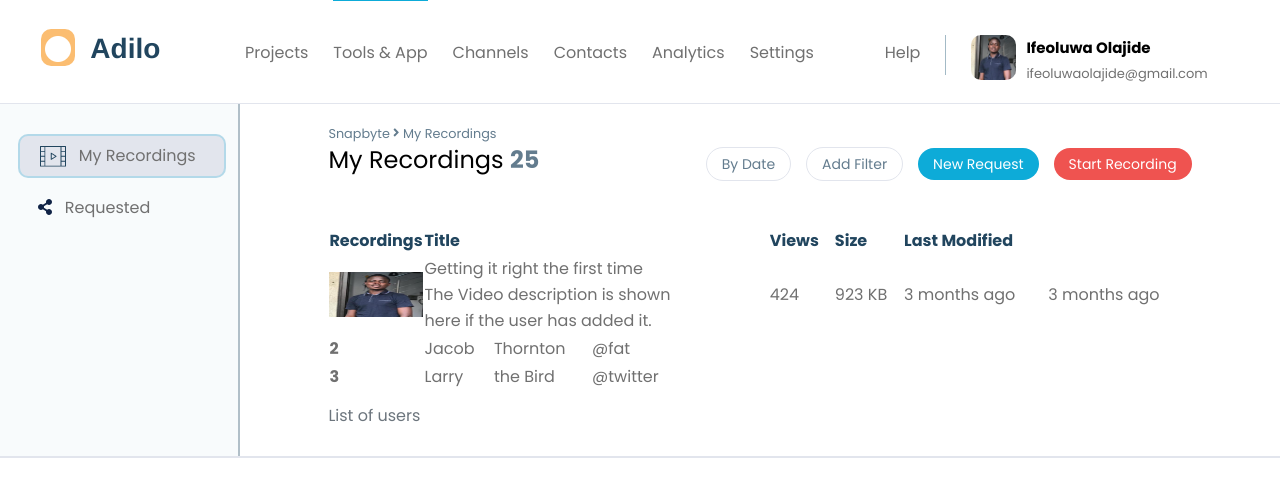
Repository: olhighjay/video_recorder
Page: /
The author's editor kept a copy of each file at every save. The page is drawn from the files as they stood at one save, then again after the next save.
The browser window is 1280 px wide. The pictures show the whole page.
Some web libraries are served in a nearby version. The project was rebuilt for these pictures with package versions that can differ from the ones it lists, and the page was loaded fresh each time. Also part of the build but not shown: vue.config.js.

Above is the page before, as saved 2022-07-29 06:30:33.

### public/index.html
<!DOCTYPE html>
<html lang="">
  <head>
    <meta charset="utf-8">
    <meta http-equiv="X-UA-Compatible" content="IE=edge">
    <meta name="viewport" content="width=device-width,initial-scale=1.0">
    <link rel="icon" href="<%= BASE_URL %>favicon.ico">
    <title><%= htmlWebpackPlugin.options.title %></title>
    <link rel="stylesheet" href="https://cdn.jsdelivr.net/npm/bootstrap@4.0.0/dist/css/bootstrap.min.css" integrity="sha384-Gn5384xqQ1aoWXA+058RXPxPg6fy4IWvTNh0E263XmFcJlSAwiGgFAW/dAiS6JXm" crossorigin="anonymous">
    <link rel="stylesheet" href="https://cdnjs.cloudflare.com/ajax/libs/font-awesome/5.1.0/css/all.css" integrity="sha512-ajhUYg8JAATDFejqbeN7KbF2zyPbbqz04dgOLyGcYEk/MJD3V+HJhJLKvJ2VVlqrr4PwHeGTTWxbI+8teA7snw==" crossorigin="anonymous" referrerpolicy="no-referrer" />
  </head>
  <body>
    <noscript>
      <strong>We're sorry but <%= htmlWebpackPlugin.options.title %> doesn't work properly without JavaScript enabled. Please enable it to continue.</strong>
    </noscript>
    <div id="app"></div>
    <!-- built files will be auto injected -->

    <script src="https://cdnjs.cloudflare.com/ajax/libs/font-awesome/5.1.0/js/all.js" integrity="sha512-vn7pO1RiR0IT5T9K+USTmMfkTaecOtFtCCV0JvT+j8ZPBujq6C3P5J2sHttG7D41pBPqLCih+7lIXamnFodtUw==" crossorigin="anonymous" referrerpolicy="no-referrer"></script>
    <script src="https://code.jquery.com/jquery-3.2.1.slim.min.js" integrity="sha384-KJ3o2DKtIkvYIK3UENzmM7KCkRr/rE9/Qpg6aAZGJwFDMVNA/GpGFF93hXpG5KkN" crossorigin="anonymous"></script>
<script src="https://cdn.jsdelivr.net/npm/popper.js@1.12.9/dist/umd/popper.min.js" integrity="sha384-ApNbgh9B+Y1QKtv3Rn7W3mgPxhU9K/ScQsAP7hUibX39j7fakFPskvXusvfa0b4Q" crossorigin="anonymous"></script>
<script src="https://cdn.jsdelivr.net/npm/bootstrap@4.0.0/dist/js/bootstrap.min.js" integrity="sha384-JZR6Spejh4U02d8jOt6vLEHfe/JQGiRRSQQxSfFWpi1MquVdAyjUar5+76PVCmYl" crossorigin="anonymous"></script>
  </body>
</html>

### src/App.vue
<template>
  <!-- <img alt="Vue logo" src="./assets/logo.png"> -->
  <div>
    <navbar></navbar>
    <div id="main-flex">
      <div class="my-sidebar">
        <ul class="my-sidebar-items">
            <li class="sidebar-item-active"> <img src="./assets/video-player.png" alt=""> &nbsp; My Recordings</li>
            <li> <i class="fa fa-share-alt" style="color:#102346"></i> &nbsp; Requested</li>
        </ul>
      </div>
        <div class="my-main">
          <div class="my-main-container">
            <div><small class="breadcrumbs">Snapbyte <i class="fa fa-angle-right" style="font-weight:200"></i> My Recordings</small></div>
            <div class="subheading-tab">
              <div> <span class="my-recordings">My Recordings </span><span class="my-recordings-count">25</span> </div>
              <div>
                <button class="sub-heading-btn white-btn">By Date</button>
                <button class="sub-heading-btn white-btn">Add Filter</button>
                <button class="sub-heading-btn blue-btn">New Request</button>
                <button class="sub-heading-btn red-btn">Start Recording</button>
              </div>
            </div>
            <!-- <div style="border: 1px dashed #A3BAC6; margin-top:30px;
              border-radius: 38px;
              opacity: 1; padding-top:105.9px; padding-bottom:68.5px">
              <p style="color: #000; font-size: 22px; text-align:center; font-weight:medium; margin-top:56px">Say hello to the world!</p>
              <p style="color: #637C8E; font-size: 14px; text-align:center;">Record your first video/audio and share it what your team, friends, <br />followers and customers.</p>
              <div class="text-center">
                <button class="sub-heading-btn red-btn">Start Recording</button>
                <button class="sub-heading-btn blue-btn">New Request</button>
              </div>
            </div>
            <div class="footer" style="margin-top:42px; margin-bottom: 140px">
              <div>

              </div>
              <div>
                <p style="font-size: 26px; color:#21455E">Want more controls & better <br />quality recording?</p>
                <button class="sub-heading-btn blue-btn">Download the desktop recorder</button>
              </div>
            </div> -->
            <div class="table-responsive-xl" style="margin-top:46.1px">
              <table class="">
  <caption>List of users</caption>
  <thead>
    <tr >
      <th scope="col" style="color:#21455E">Recordings</th>
      <th scope="col" style="color:#21455E" colspan="3">Title</th>
      <th scope="col" style="width:10%"></th>
      <th scope="col" style="color:#21455E">Views</th>
      <th scope="col" style="color:#21455E">Size</th>
      <th scope="col" style="color:#21455E">Last Modified</th>
      <th scope="col" style="color:#21455E"></th>
    </tr>
  </thead>
  <tbody>
    <tr>
      <td style="width:10%">
        <img alt="Profile Image" src="./assets/profile.jpg" style="width:100%; height:45px; border:10px">
      </td>
      <td style="width:30%" colspan="3">
        <span>Getting it right the first time </span> <br />
        <span>The Video description is shown here if the user has added it. </span>
      </td>
      <td style="width:10%">
      </td>
      <td>424</td>
      <td>923 KB</td>
      <td>3 months ago</td>
      <td>3 months ago</td>
    </tr>
    <tr>
      <th scope="row">2</th>
      <td>Jacob</td>
      <td>Thornton</td>
      <td>@fat</td>
    </tr>
    <tr>
      <th scope="row">3</th>
      <td>Larry</td>
      <td>the Bird</td>
      <td>@twitter</td>
    </tr>
  </tbody>
</table>
            </div>
          </div>
        </div>
    </div>
  </div>
</template>

<script>
// import HelloWorld from './components/HelloWorld.vue'
import Navbar from './layouts/Navbar.vue'

export default {
  name: 'App',
  components: {
    Navbar
  }
}
</script>


<style>
 @import url('https://fonts.googleapis.com/css2?family=Poppins:wght@400;500;700&display=swap');

#main-flex {
  display: flex;
  width: 100%;
}

.my-sidebar {
  flex: 0 0 240px;
  /* width: 20%; */
  /* height: 100%; */
  background-color: #ebf2f656;
  border-right: 2px solid #21455e54;
  /* border-right: 2px solid #21455E; */
  /* width:250px; */
}
.my-sidebar-items {
  list-style: none;
  padding: 20px 0;
}
.my-sidebar-items>li {
  margin : 10px 12px 10px 18px;
  padding: 7px 20px ;
}
.sidebar-item-active {
  background-color: #E2E5ED;
  border: 2px solid #0DABD838;
  border-radius: 10px;
}





.my-main {
  flex: 1;
  flex-wrap: wrap;
}
.my-main-container {
  padding: 1.5% 8.5%;
}
.subheading-tab {
  display: flex;
  justify-content: space-between;
}
.sub-heading-btn {
  padding: 3px 15px;
  border-radius: 20px;
  margin-left: 15px;
  font-size: 14px;
}
.white-btn {
  border: 1px solid #E2E5ED;
  background-color: white;
  color: #637C8E;
}
.blue-btn {
  border: none;
  background-color: #0DABD8;
  color: #fff;
}
.red-btn {
  border: none;
  background-color: #EF5350;
  color: #fff;
}
.my-recordings, .my-recordings-count {
  font-size: 24px;
  color: #000
}
.my-recordings {
  color: #000
}
.my-recordings-count {
  color: #637C8E;
  font-weight: 600;
}
.breadcrumbs {
  color:#637C8E;
}



#app {
  font-family: Avenir, Helvetica, Arial, sans-serif;
  font: normal normal normal 14px/26px Poppins;
  -webkit-font-smoothing: antialiased;
  -moz-osx-font-smoothing: grayscale;
   /* text-align: center; */
   font-size: 16px;
  color: #707070;
  border-bottom: solid 2px #E2E5ED;
  overflow: hidden;
  /* margin-top: 60px;  */
}


</style>

### src/layouts/Navbar.vue
<template>
    <nav class="">
      <div class="nav-logo-area">
        <div class="nav-logo-area-inner">
          <div class="white-logo-wrap">
            <span class="white-logo-bkg">
            <img alt="Adilo logo" src="../assets/swarm.png">
            </span>
          </div>
          <div class="adilo">Adilo</div>
        </div>
      </div>
      <div class="nav-tab">
        <ul class="my-nav-list">
          <li><a>Projects</a></li>
          <li class="active-nav-item"> <a>Tools & App</a></li>
          <li><a>Channels</a></li>
          <li><a>Contacts</a></li>
          <li><a>Analytics</a></li>
          <li><a>Settings</a></li>
        </ul>
      </div>
      <div class="nav-profile">
        <ul class="my-nav-list">
          <li><a>Help</a></li>
        </ul>
        <div class="profile-info">
          <div class="profile-border"></div>
          <div >
            <img alt="Profile Image" src="../assets/profile.jpg" class="profile-img">
          </div>
          <div style="margin-left:10px">
            <span class="profile-name">Ifeoluwa Olajide </span>
            <p class="profile-email">ifeoluwaolajide@gmail.com</p>
          </div>
        </div>
      </div>
    </nav>
</template>
<script>
export default {
    name: 'NavbarComponent'
}
</script>
<style>
     nav {
    display: flex;
    /* height: 69px; */
    padding: 0 0.032%;
    border-bottom: solid 1px #E2E5ED;
  }

  .nav-logo-area {
    flex: 0 0 16%;
    padding-left: 3.2%;
    padding-top: 19px;
    padding-bottom: 27px;
  }
  .nav-logo-area-inner {
    display: flex;
  }
  .nav-tab {
    flex: 0 0 50%;
  }
  .nav-profile {
    flex: 0 0 34%;
    display: flex;
  }
  .my-nav-list {
    list-style: none;
    padding-top: 40px;
  }
  .my-nav-list>li {
    display: inline;
    margin-right: 25px;
    padding-top: 40px;
  }
  .my-nav-list>li>a {
    text-align: left;
    /* font: normal normal normal 18px/27px Poppins; */
    letter-spacing: 0px;
    color: #707070;
    opacity: 1
  }
  .white-logo-wrap {
    padding-top:16px;
  }
  .white-logo-bkg {
    background-color:#FBBD71;
    padding:7px 4px;
    border-radius:10px;
  }
  .adilo {
    font: normal normal bold 28px/32px Helvetica;
    font-size:28px;
    margin-left:15px;
    font-weight:bold;
    color:#21455E;
    padding-top:14px;
  }
  .profile-info {
    padding-top:35px;
    display:flex;
  }
  .active-nav-item {
    border-top: 6px solid #0DABD8;
  }
  .profile-border {
    border-left: 1px solid #A3BAC6;
    padding-left:25px;
    height:40px;
  }
  .profile-img {
    width:45px; height: 45px;
    border-radius:10px;
  }
  .profile-name {
    font-weight:bold;
    font-size:15px;
    color:black;
  }
  .profile-email {
    font-size:13px;
  }
</style>

Loaded but not shown: src/main.js (common file)

After the next save:
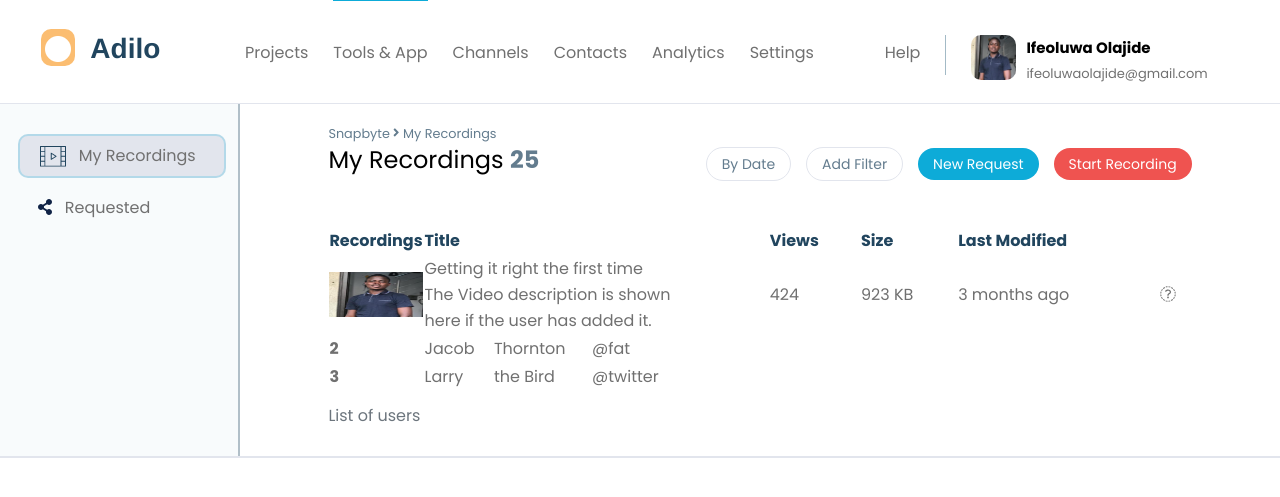
Saved 110 s later.
--- a/src/App.vue
+++ b/src/App.vue
@@ -68,7 +68,7 @@
       <td>424</td>
       <td>923 KB</td>
       <td>3 months ago</td>
-      <td>3 months ago</td>
+      <td><i class="fas fa-ellipsis-vertical"></i></td>
     </tr>
     <tr>
       <th scope="row">2</th>
